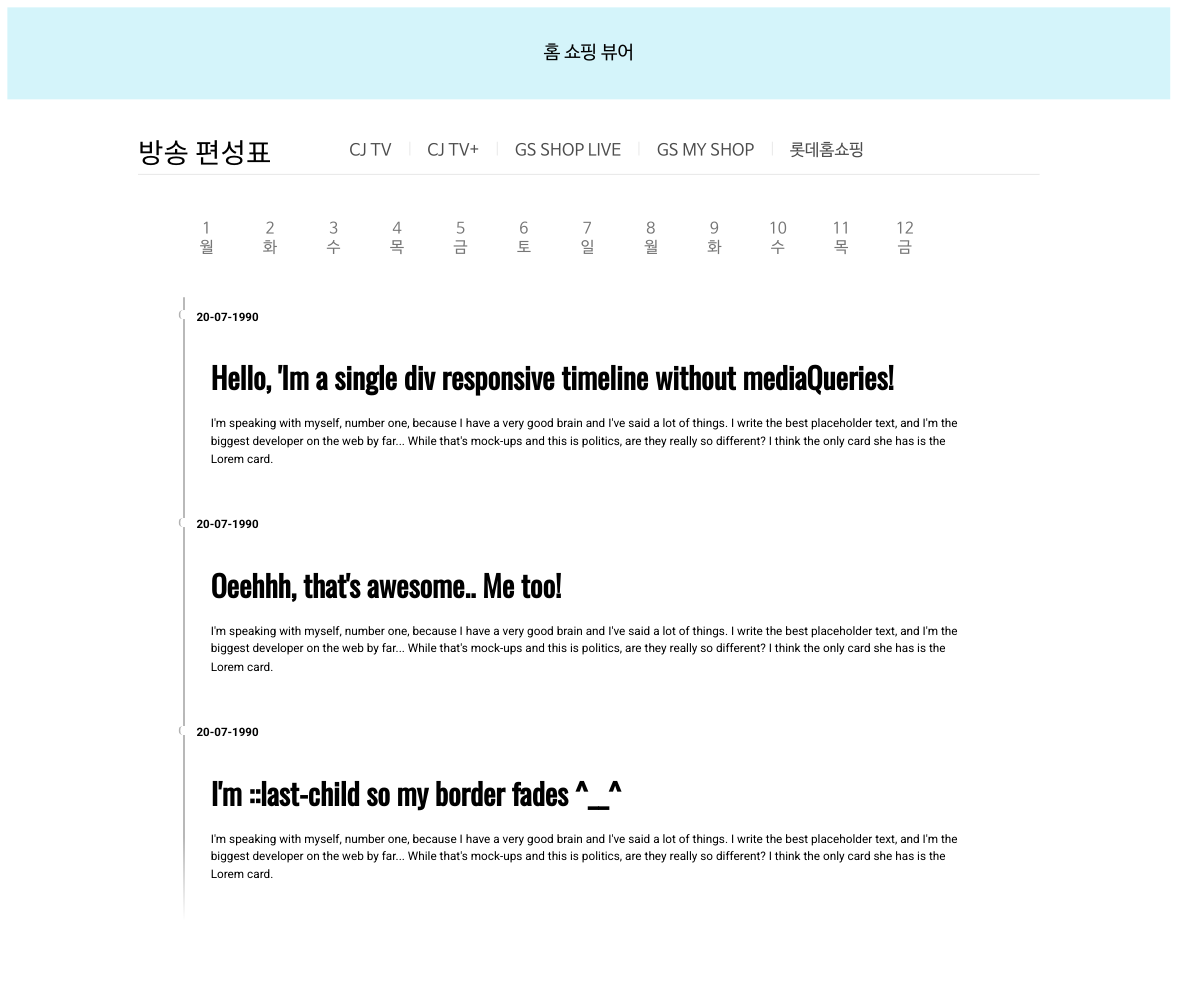
Repository: Kds010/HomeShopping
Page: http://localhost/index
These files come from the project's save history. The page is drawn as it stood at one moment and after the next save; the edit follows.
The browser window is 1280 px wide. The pictures show the whole page, at 92% of full size.
The page is this project's Thymeleaf template; nobody is signed in. The template is opened directly, without the code that normally fills it, so the values that code supplies are empty.

Above is the page before, as saved 2021-12-18 10:11:13.

### homeshopping/src/main/resources/templates/index.html
<!DOCTYPE html>
<html xmlns:th="http://www.thymeleaf.org">
<head>
<meta charset="UTF-8">
<title>SC쇼핑바라기</title>
</head>
<body>
<div id="wrap">
	<th:block th:replace="header.html"></th:block>
	<div id="container">
		<div class="content">
			<div class="fiexd_wrap">
				<div class="fixed_wrap_div">
					<h2 class="fiexd_wrap_tit">방송 편성표</h2>
					<ul class="ch_list_tab" id="ch_list_tab">
						<li class="">CJ TV</li>
						<li class="">CJ TV+</li>
						<li class="">GS SHOP LIVE</li>
						<li class="">GS MY SHOP</li>
						<li class="">롯데홈쇼핑</li>
					</ul>
				</div>
				<ul class="list_date" id="scheduleDate">
					<li data-dt="20211201">
						<a href="javascript:;" class="date_cont">
							<span class="num_date">1</span>
							<span class="txt_date">월</span></a></li>
					<li data-dt="20211202">
						<a href="javascript:;" class="date_cont">
							<span class="num_date">2</span>
							<span class="txt_date">화</span></a></li>
					<li data-dt="20211203">
						<a href="javascript:;" class="date_cont">
							<span class="num_date">3</span>
							<span class="txt_date">수</span></a></li>
					<li data-dt="20211204">
						<a href="javascript:;" class="date_cont">
							<span class="num_date">4</span>
							<span class="txt_date">목</span></a></li>
					<li data-dt="20211205">
						<a href="javascript:;" class="date_cont">
							<span class="num_date">5</span>
							<span class="txt_date">금</span></a></li>
					<li data-dt="20211206">
						<a href="javascript:;" class="date_cont">
							<span class="num_date">6</span>
							<span class="txt_date">토</span></a></li>
					<li data-dt="20211207">
						<a href="javascript:;" class="date_cont">
							<span class="num_date">7</span>
							<span class="txt_date">일</span></a></li>
					<li data-dt="20211208">
						<a href="javascript:;" class="date_cont">
							<span class="num_date">8</span>
							<span class="txt_date">월</span></a></li>
					<li data-dt="20211209">
						<a href="javascript:;" class="date_cont">
							<span class="num_date">9</span>
							<span class="txt_date">화</span></a></li>
					<li data-dt="20211210">
						<a href="javascript:;" class="date_cont">
							<span class="num_date">10</span>
							<span class="txt_date">수</span></a></li>
					<li data-dt="20211211">
						<a href="javascript:;" class="date_cont">
							<span class="num_date">11</span>
							<span class="txt_date">목</span></a></li>
					<li data-dt="20211212">
						<a href="javascript:;" class="date_cont">
							<span class="num_date">12</span>
							<span class="txt_date">금</span></a></li>
				</ul>
			</div>



		<div class="container2">

			<div class="timeline-item" date-is='20-07-1990'>
				<h1>Hello, 'Im a single div responsive timeline without mediaQueries!</h1>
				<p>
					I'm speaking with myself, number one, because I have a very good brain and I've said a lot of things. I write the best placeholder text, and I'm the biggest developer on the web by far... While that's mock-ups and this is politics, are they really so different? I think the only card she has is the Lorem card.
				</p>
			</div>

			<div class="timeline-item" date-is='20-07-1990'>
				<h1>Oeehhh, that's awesome.. Me too!</h1>
				<p>
					I'm speaking with myself, number one, because I have a very good brain and I've said a lot of things. I write the best placeholder text, and I'm the biggest developer on the web by far... While that's mock-ups and this is politics, are they really so different? I think the only card she has is the Lorem card.
				</p>
			</div>

			<div class="timeline-item" date-is='20-07-1990'>
				<h1>I'm ::last-child so my border fades ^__^</h1>
				<p>
					I'm speaking with myself, number one, because I have a very good brain and I've said a lot of things. I write the best placeholder text, and I'm the biggest developer on the web by far... While that's mock-ups and this is politics, are they really so different? I think the only card she has is the Lorem card.
				</p>
			</div>

		</div>

		</div>
	</div>
</div>
</body>
</html>

### homeshopping/src/main/resources/templates/header.html
<!DOCTYPE html>
<html>
<head>
<meta charset="UTF-8">
<link rel="stylesheet" type="text/css" href="/css/main.css">
<link rel="stylesheet" type="text/css" href="/css/font.css">
<script src="/js/jquery-3.6.0.js" defer></script>
<script src="/js/index.js" defer></script>
</head>
<body>
<div class="header">
	<div class="header-content">
		홈 쇼핑 뷰어
	</div>
</div>
</body>
</html>

### homeshopping/src/main/resources/static/css/main.css
@charset "UTF-8";

/* // ----------------  THE BASICS */

@import url('https://fonts.googleapis.com/css?family=Oswald|Roboto:400,700');

/* // ----------------  THE FONTS */

h1, h2, h3, h4, h5, h6 {
	font-family: 'Oswald', sans-serif;
}

h1 {
	font-size: 2rem;
	margin-bottom: .5em;
}

p {
	font-family: 'Roboto', sans-serif;
	font-size: .8rem;
}


body{
	font-family: 'NanumBarunGothic', sans-serif;
    /* font-size: 12px; */
    font-size: 14px;
    line-height: 1.5;
}


div{
	display:block;
}

li, ol, ul{
	list-style: none;
}

li{
	display: list-item;
    text-align: -webkit-match-parent;
}

ul{
	list-style-type: disc;
}

a{
	color: inherit;
    text-decoration: none;
}

/* h1, h2, h3, h4, h5, h6{
	display: block;
    font-size: 1.5em;
    margin-block-start: 0.83em;
    margin-block-end: 0.83em;
    margin-inline-start: 0px;
    margin-inline-end: 0px;
    font-weight: bold;
} */

#wrap{
	min-width: 1240px;
}

.header {
	display: flex;
	background: #D4F4FA;
	width: 100%;
	height: 100px;
	font-size:20px;
	text-align: center;
}

.header-content{
    width: 1180px;
    margin: auto;
}

#container{
	position: relative;
    width: 1180px;
    min-height: 802px;
    margin: 0 auto;
    padding-bottom: 80px;
    zoom: 1;
}

.content{
	width:980px;
	margin:0 auto;
}

.fiexd_wrap{
	width:980px;
	margin-top: 30px;
}

.fixed_wrap_div{
	overflow: hidden;
	margin-bottom: 10px;
	border-bottom: 1px solid #e5e5e5;
}


.fiexd_wrap_tit{
	float: left;
    margin-top: 3px;
    margin-bottom: 3px;
    font-weight: 400;
    font-size: 30px;
    line-height: 1.5;
}

.ch_list_tab{
	overflow: hidden;
    float: left;
    margin: 12px 0 0 6px;
}

.ch_list_tab li{
	position: relative;
    float: left;
    margin-left: 39px;
    font-size: 18px;
    color: #4d4d4d;
    text-decoration: none;
}

.ch_list_tab li:nth-child(1):after {
    content: normal;
}

.ch_list_tab li:after {
	position: absolute;
    top: 4px;
    left: -20px;
    width: 1px;
    height: 15px;
    background-color: #e6e6e6;
    content: '';
}

.list_date {
	display: inline-block;
}

.list_date li{
	vertical-align: top;
	float: left;
    padding: 10px 3px;
    color: #767676;
    text-align: center;
    margin:0;
}

.list_date .date_cont{
	display: block;
    width: 31px;
    padding: 14px 16px 10px;
    font-size: 17px;
    line-height: 21px;
    text-decoration: none;
}

.list_date .num_date{
	display: block;
    height: 20px;
}

.list_date .txt_date{
	display: block;
    line-height: 24px;
}



/* // ----------------  LAYOUT */

.container2 {
	max-width: 1024px;
	width: 90%;
	margin: 0 auto;
}

/* // ----------------  THE FONTS */

/* $border-color: rgba(black, .3); */

.timeline-item {
	padding: 3em 2em 2em;
	position: relative;
	color: rgba(black, .7);
	/* border-left: 2px solid $border-color; */
	border-left: 2px solid rgba(0, 0, 0, 0.3);
}
.timeline-item::before {
		content: attr(date-is);
		position: absolute;
		left: 1em;
		font-weight: bold;
		top: 1em;
		display: block;
		font-family: 'Roboto', sans-serif;
		font-weight: 700;
		font-size: .785rem;
	}

.timeline-item::after {
		width: 10px;
		height: 10px;
		display: block;
		top: 1em;
		position: absolute;
		left: -7px;
		border-radius: 10px;
		content: '';
		/* border: 2px solid $border-color; */
		border-left: 2px solid rgba(0, 0, 0, 0.3);
		background: white;
	}

.timeline-item:last-child {
			border-image: linear-gradient(to bottom, rgba(0, 0, 0, 0.3) 60%, rgba(0, 0, 0, 0)) 1 100%;
		;
	}
}

.timeline-item	p {
		font-size: 1rem;
}

### homeshopping/src/main/resources/static/css/font.css
@charset "UTF-8";
@font-face {
    font-family: 'NanumBarunGothic';
    src:url('/fonts/NanumBarunGothic.ttf') format('woff'),
        url('/fonts/NanumBarunGothic.ttf') format('woff2');
    font-weight: 400;
}

Loaded but not shown: homeshopping/src/main/resources/static/js/jquery-3.6.0.js (library); homeshopping/src/main/resources/static/js/index.js (no copy from this time; the picture is the same without it)

After the next save:
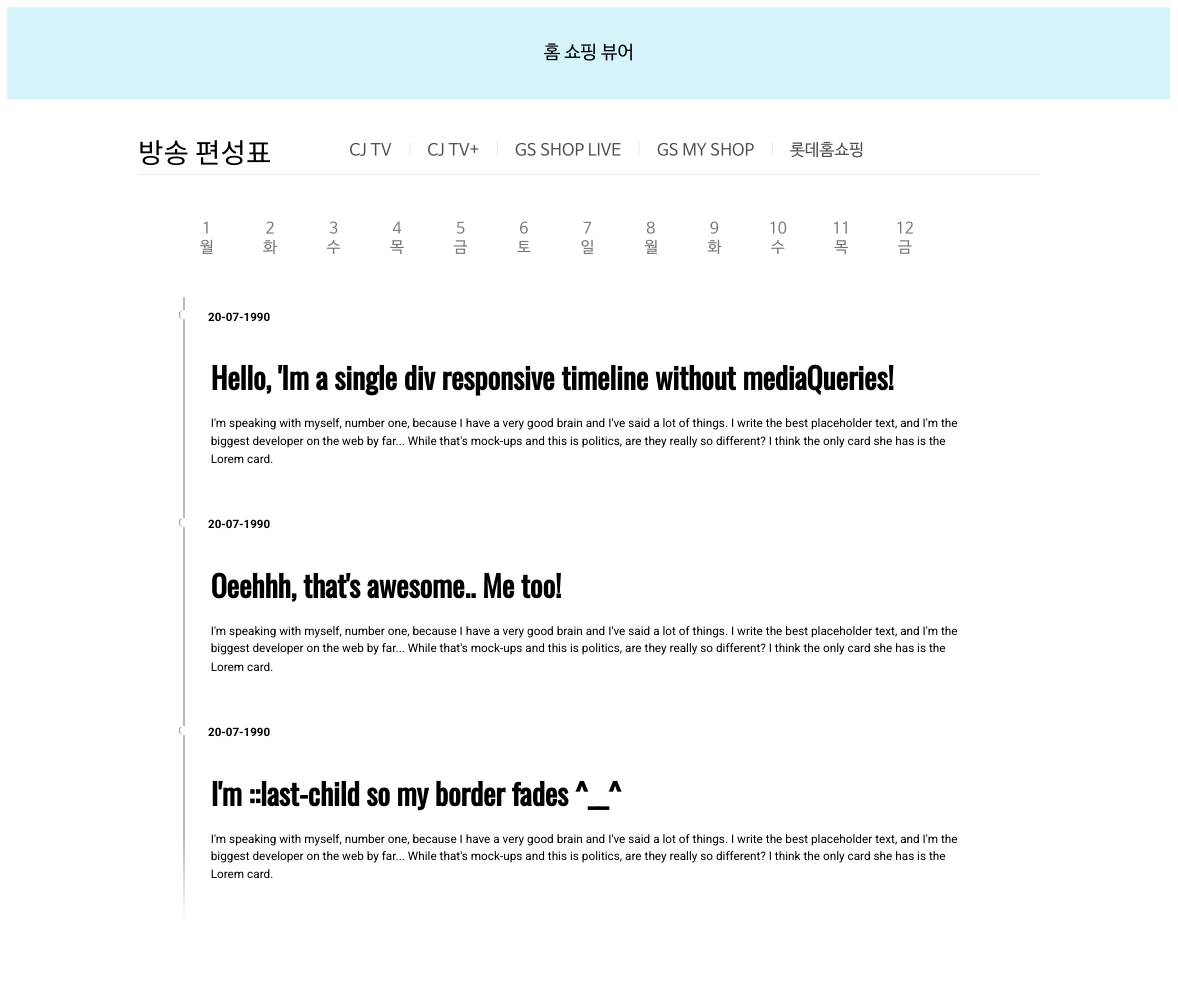
Saved 15 s later.
--- a/homeshopping/src/main/resources/static/css/main.css
+++ b/homeshopping/src/main/resources/static/css/main.css
@@ -199,7 +199,7 @@
 .timeline-item::before {
 		content: attr(date-is);
 		position: absolute;
-		left: 1em;
+		left: 2em;
 		font-weight: bold;
 		top: 1em;
 		display: block;
